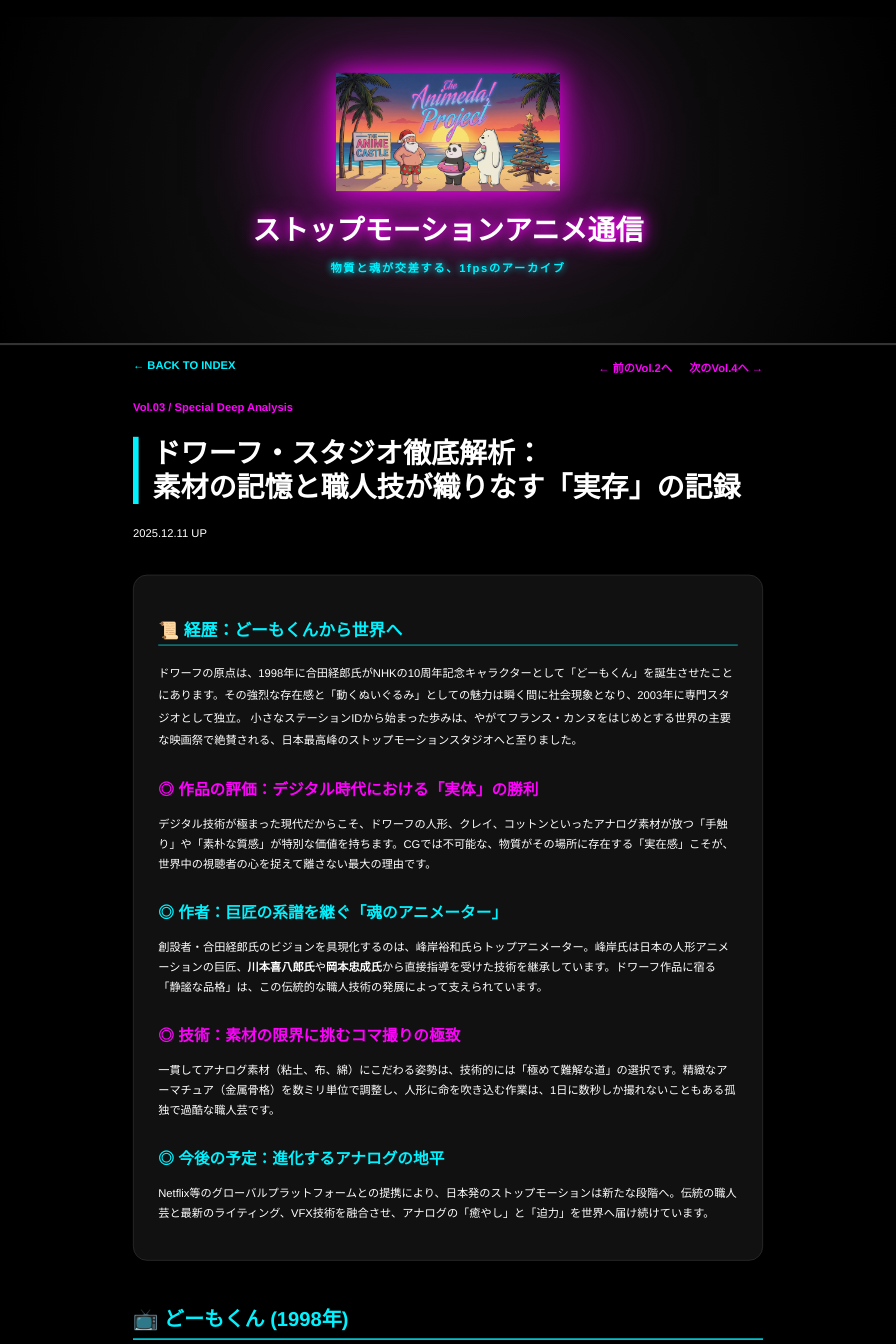
Repository: hamagoro/my-animation-site
Page: episodes/vol03.html
The author's editor kept a copy of each file at every save. The page is drawn from the files as they stood at one save, then again after the next save.
The browser window is 1280 px wide. The pictures show the part of the page from y = 0 to 1920 px (the page is 5942 px tall before and 5954 px after), at 70% of full size.
A picture or video elsewhere on the page could not be fetched, so the positions and the page height are approximate.

Above is the page before, as saved 2026-01-25 16:39:19.

After the next save:
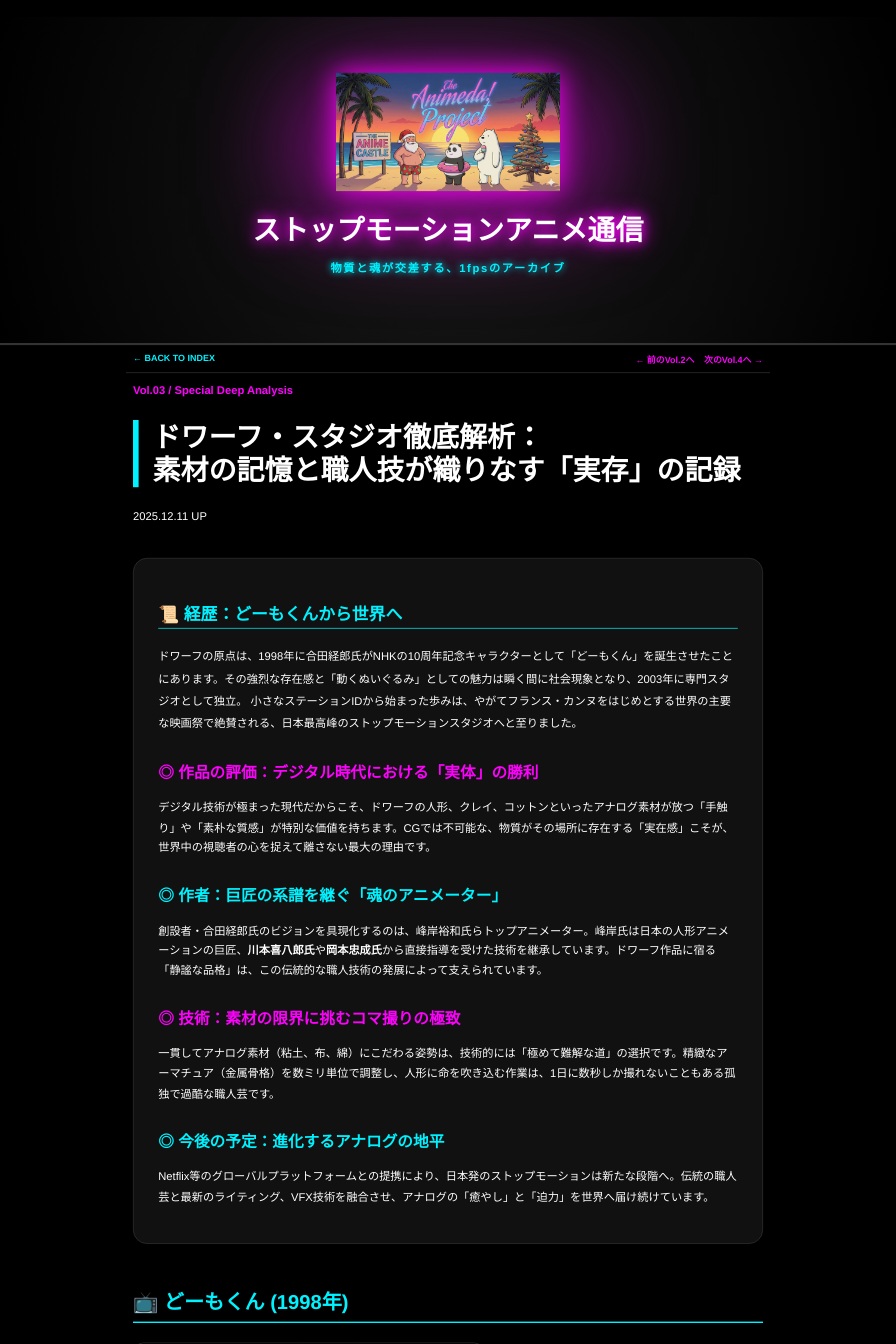
Saved 10 s later.
--- a/episodes/vol03.html
+++ b/episodes/vol03.html
@@ -14,11 +14,11 @@
         <p class="header-subtitle">物質と魂が交差する、1fpsのアーカイブ</p>
     </header>
 
-  <nav style="padding: 20px; display: flex; justify-content: space-between; font-weight: bold; max-width: 900px; margin: 0 auto;">
+  <nav style="padding: 10px; display: flex; justify-content: space-between; font-weight: bold; max-width: 900px; margin: 0 auto; border-bottom: 1px solid #333; font-size: 0.8rem;">
     <a href="../index.html" style="color: #00f2ff; text-decoration: none;">← BACK TO INDEX</a>
     <div>
-        <a href="vol02.html" style="color: #ff00ff; text-decoration: none; margin-right: 20px;">← 前のVol.2へ</a>
-        <a href="vol04.html" style="color: #ff00ff; text-decoration: none;">次のVol.4へ →</a>
+        <a href="vol02.html" style="color: #ff00ff; text-decoration: none; margin-right: 10px; white-space: nowrap;">← 前のVol.2へ</a>
+        <a href="vol04.html" style="color: #ff00ff; text-decoration: none; white-space: nowrap;">次のVol.4へ →</a>
     </div>
 </nav>
 
@@ -156,11 +156,11 @@
         </section>
 
     </article>
-<nav style="padding: 20px; display: flex; justify-content: space-between; font-weight: bold; max-width: 900px; margin: 0 auto;">
+<nav style="padding: 40px 10px; display: flex; justify-content: space-between; font-weight: bold; max-width: 900px; margin: 0 auto; border-top: 1px solid #333; font-size: 0.8rem;">
     <a href="../index.html" style="color: #00f2ff; text-decoration: none;">← BACK TO INDEX</a>
     <div>
-        <a href="vol02.html" style="color: #ff00ff; text-decoration: none; margin-right: 20px;">← 前のVol.2へ</a>
-        <a href="vol04.html" style="color: #ff00ff; text-decoration: none;">次のVol.4へ →</a>
+        <a href="vol02.html" style="color: #ff00ff; text-decoration: none; margin-right: 10px; white-space: nowrap;">← 前のVol.2へ</a>
+        <a href="vol04.html" style="color: #ff00ff; text-decoration: none; white-space: nowrap;">次のVol.4へ →</a>
     </div>
 </nav>
 
